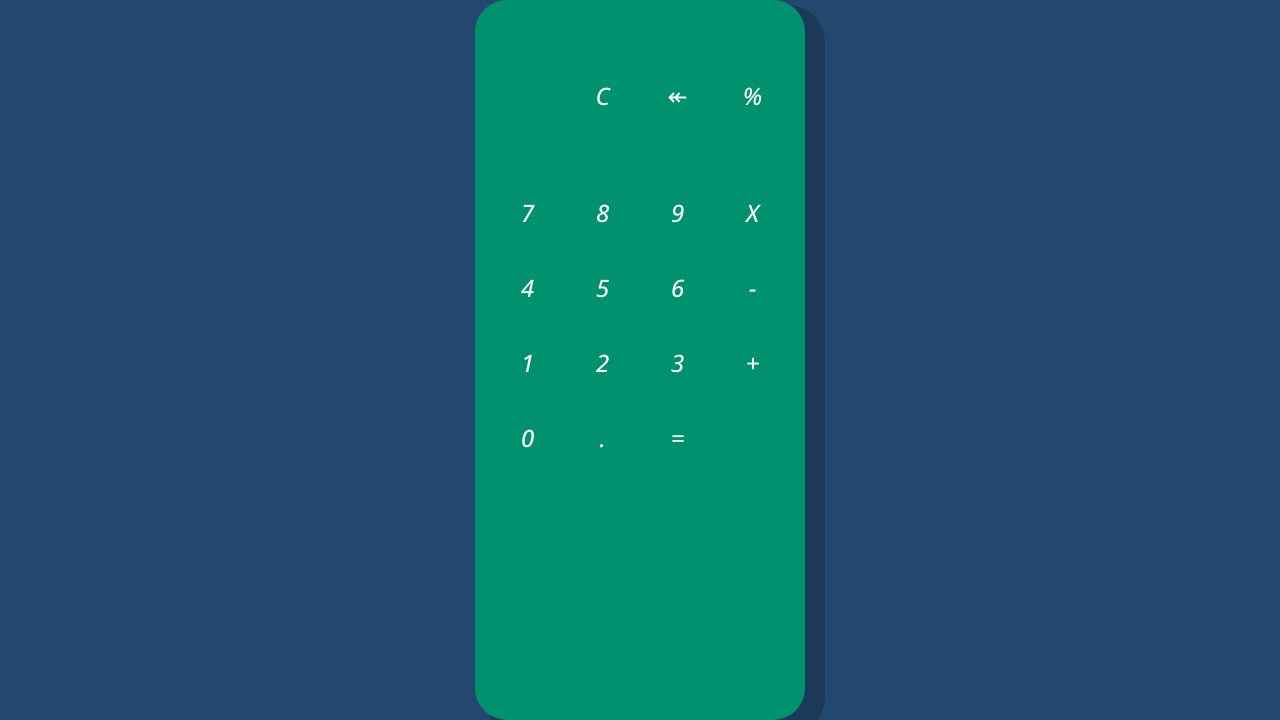
Repository: jhonenmanuel1/javaScript-calculator
Page: src/index.html
These files come from the project's save history. The page is drawn as it stood at one moment and after the next save; the edit follows.
The browser window is 1280 px wide. The pictures show the whole page.

Above is the page before, as saved 2022-08-02 23:25:29.

### src/index.html
<!DOCTYPE html>
<html lang="en">
  <head>
    <meta charset="UTF-8" />
    <meta http-equiv="X-UA-Compatible" content="IE=edge" />
    <meta name="viewport" content="width=device-width, initial-scale=1.0" />
    <title>JavaScript Calculator</title>
    <link href="https://fonts.googleapis.com/css2?family=Open+Sans:ital,wght@1,500&display=swap" rel="stylesheet">
    <link href="styles.css" rel="stylesheet"/>
  </head>
  <body>
    <div class="container">
      <div class="calculator">
        <div class="display">
          <div id="last-value"></div>
          <div id="actual-value"></div>
        </div>
        <button class="col-2"> C</button>
        <button>&Larr;</button>
        <button class="number">%</button>
        <button class="number">7</button>
        <button class="number">8</button>
        <button class="number">9</button>
        <button class="operator" >X</button>
        <button class="number">4</button>
        <button class="number">5</button>
        <button class="number">6</button>
        <button class="operator">-</button>
        <button class="number">1</button>
        <button class="number">2</button>
        <button class="number">3</button>
        <button class="operator">+</button>
        <button class=" col-2 number">0</button>
        <button class="number">.</button>
        <button class="operator">=</button>
      </div>
    </div>
  </body>
</html>

### src/styles.css
* {
    font-family: 'Open Sans', sans-serif;
    color: #fff;
}
body{
    margin: 0;
    background-color: #224870;
}
.container{
    display: flex;
    justify-content: center;
    height: 100vh;

}
.calculator{
    display: grid;
    grid-template-columns: repeat(4, 75px);
    grid-template-rows: 160px repeat(5, 75px);
    background-color: #00916e;
    padding: 15px;
    border-radius: 32px;
    box-shadow: 15px  10px 0px 5px #00000033;

}
button{
    cursor: pointer;
    margin: 5px;
    padding: 0;
    border-radius: 22px;
    font-size: 1.5em;
    background-color: #00916e ;
    border: none;
    box-shadow: 5px, 5px, 10px -3px;
}

After the next save:
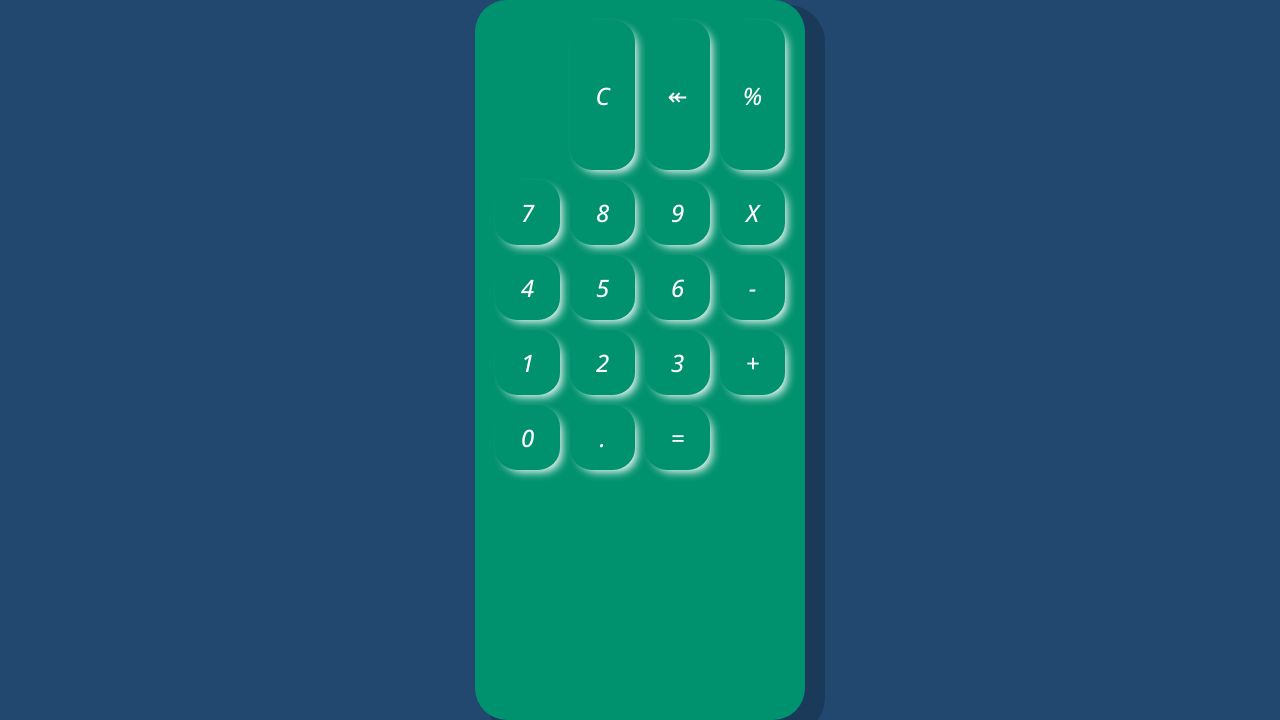
Saved 17 s later.
--- a/src/styles.css
+++ b/src/styles.css
@@ -30,5 +30,5 @@
     font-size: 1.5em;
     background-color: #00916e ;
     border: none;
-    box-shadow: 5px, 5px, 10px -3px;
+    box-shadow: 5px 5px 10px -3px;
 }

After the save that followed:
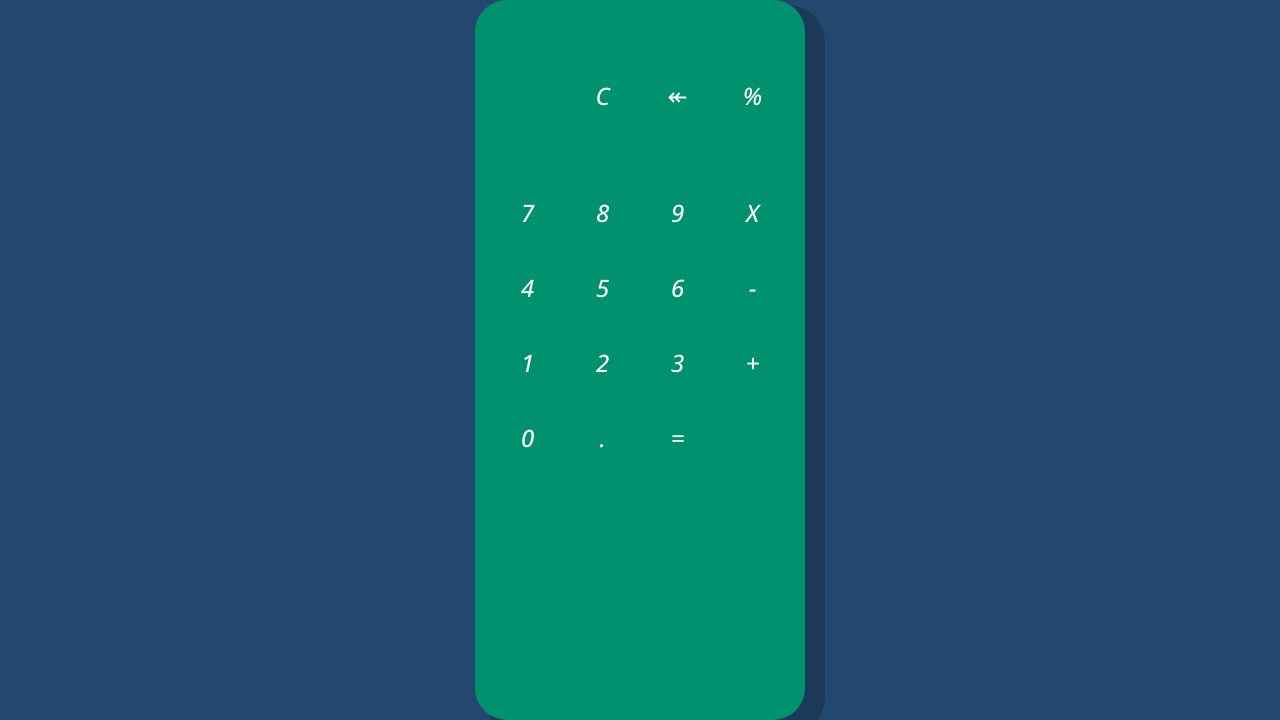
Saved 19 s later.
--- a/src/styles.css
+++ b/src/styles.css
@@ -30,5 +30,5 @@
     font-size: 1.5em;
     background-color: #00916e ;
     border: none;
-    box-shadow: 5px 5px 10px -3px;
+    box-shadow: 5px 5px 10px -3px #00000000;
 }
